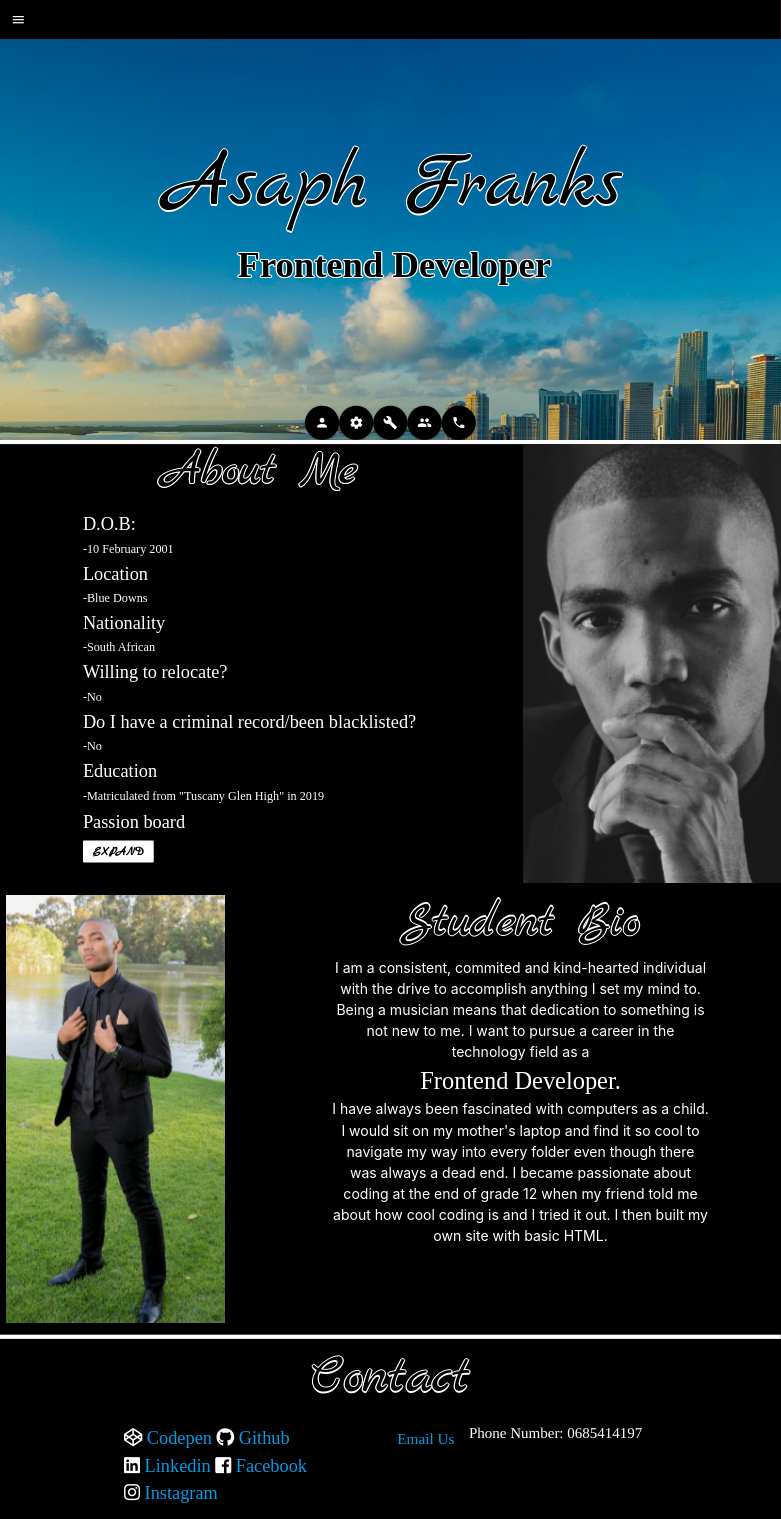
Repository: Ajtheult/portfolio.v3
Page: /portfolio-v3
An editor plug-in stored every save of this project. The page is shown before and after the next save, followed by the edit.
The browser window is 1280 px wide. The pictures show the whole page, at 61% of full size.
Some web fonts or font styles are not loaded; a fallback is used. The project was rebuilt for these pictures with package versions that can differ from the ones it lists, and the page was loaded fresh each time. Also part of the build but not shown: src/components/layout/pages/Skills.js, src/components/layout/pages/MyWork.js, src/components/layout/pages/Testimonials.js.

Above is the page before, as saved 2020-07-24 13:40:49.

### public/index.html
<!DOCTYPE html>
<html lang="en">
  <head>
    <meta charset="utf-8" />
    <link rel="icon" href="%PUBLIC_URL%/favicon.ico" />
    <meta name="viewport" content="width=device-width, initial-scale=1" />
    <meta name="theme-color" content="#000000" />
    <meta
      name="description"
      content="Web site created using create-react-app"
    />

    <link rel="manifest" href="%PUBLIC_URL%/manifest.json" />
    <link
      href="https://fonts.googleapis.com/css2?family=Marck+Script&display=swap"
      rel="stylesheet"
    />
    <link
      href="https://fonts.googleapis.com/css2?family=Gruppo&display=swap"
      rel="stylesheet"
    />
    <link rel="manifest" href="%PUBLIC_URL%/manifest.json" />

    <link
      rel="stylesheet"
      href="https://fonts.googleapis.com/icon?family=Material+Icons"
    />

    <link
      rel="stylesheet"
      href="https://use.fontawesome.com/releases/v5.7.2/css/all.css"
      integrity="sha384-fnmOCqbTlWIlj8LyTjo7mOUStjsKC4pOpQbqyi7RrhN7udi9RwhKkMHpvLbHG9Sr"
      crossorigin="anonymous"
    />
    <title>Asaph Franks portfolio</title>
  </head>
  <body>
    <noscript>You need to enable JavaScript to run this app.</noscript>
    <div id="root"></div>
  </body>
</html>

### src/index.js
import React from "react";
import ReactDOM from "react-dom";
import App from "./App";
import "materialize-css/dist/css/materialize.min.css";

ReactDOM.render(
  <React.StrictMode>
    <App />
  </React.StrictMode>,
  document.getElementById("root")
);

### src/App.js
import React from "react";

import { Home } from "./components/layout/pages/Home";
import { Skills } from "./components/layout/pages/Skills";
import { MyWork } from "./components/layout/pages/MyWork";
import { Testimonials } from "./components/layout/pages/Testimonials";
import Navbar from "./components/layout/navbar/Navbar";

import { BrowserRouter as Router, Route, Switch } from "react-router-dom";
import "./App.css";

function App() {
  return (
    <Router>
      <div className="App">
        <Navbar />

        <Switch>
          <Route exact path="/portfolio-v3" component={Home} />
          <Route path="/skills" component={Skills} />
          <Route path="/mywork" component={MyWork} />
          <Route path="/testimonials" component={Testimonials} />
        </Switch>
      </div>
    </Router>
  );
}

export default App;

### src/components/layout/pages/Home.js
import React from "react";
import background1 from "../resources/background1.jpg";
import me from "../resources/me.jpeg";
import me2 from "../resources/me2.jpg";
import M from "materialize-css";
import "../../../App.css";

import { Parallax } from "react-parallax";
import { Link } from "react-router-dom";

export const Home = () => {
  document.addEventListener("DOMContentLoaded", function () {
    var elems = document.querySelectorAll(".modal");
    // eslint-disable-next-line
    var instances = M.Modal.init(elems, {});
  });

  return (
    <div className="colour_of_about_text">
      <Parallax bgImage={background1} strength={1000}>
        <div style={{ height: 601 }}>
          <div className="style_for_landingpage">
            <h1 className="intro_name_top">Asaph Franks</h1>
            <h4 className="intro_name_bottom">Frontend Developer</h4>
          </div>
        </div>

        <a
          className="btn-floating btn-large waves-effect waves-light black center"
          href="#about"
        >
          <i className="material-icons">person</i> {/*About */}
        </a>
        <Link
          className="btn-floating btn-large waves-effect waves-light black center"
          to="/skills"
          target="_blank"
        >
          <i className="material-icons">settings</i> {/*Skills*/}
        </Link>
        <Link
          to="/mywork"
          className="btn-floating btn-large waves-effect waves-light black center"
          target="_blank"
        >
          <i className="material-icons">build</i> {/*Work*/}
        </Link>
        <Link
          to="/testimonials"
          className="btn-floating btn-large waves-effect waves-light black center"
          target="_blank"
        >
          <i className="material-icons">people</i> {/*Testimonials*/}
        </Link>
        <a
          className="btn-floating btn-large waves-effect waves-light black center"
          href="#contact"
        >
          <i className="material-icons">phone</i> {/*Contact*/}
        </a>
      </Parallax>
      <div style={{ height: "1vh" }} className="white move_the_con" />
      <div className="row">
        <div className="col s8">
          {" "}
          {/* Information on About page-Start */}
          <div className="container">
            <h1 className="about-title" id="about">
              About Me
            </h1>

            <h5 className="my_info">D.O.B:</h5>
            <p className="my_info_2">-10 February 2001</p>
            <h5 className="my_info"> Location </h5>
            <p className="my_info_2">-Blue Downs</p>
            <h5 className="my_info">Nationality</h5>
            <p className="my_info_2">-South African</p>
            <h5 className="my_info">Willing to relocate?</h5>
            <p className="my_info_2">-No</p>
            <h5 className="my_info">
              Do I have a criminal record/been blacklisted?
            </h5>
            <p className="my_info_2">-No</p>
            <h5 className="my_info">Education</h5>
            <p className="my_info_2">
              -Matriculated from "Tuscany Glen High" in 2019
            </p>
            <h4 className="my_info">Passion board</h4>
            <div className="my_info_3">
              <a
                className="waves-effect waves-light btn modal-trigger white"
                href="#modal1"
              >
                <p className="black_text margin_on_top">Expand</p>
              </a>
              <div id="modal1" className="modal bottom-sheet">
                <div className="modal-content">
                  <h4 className="black_text passion_heading">Passion Board</h4>
                  <div className="black_text">
                    {" "}
                    <h4 className="passion_content">-Music</h4>
                    <h4 className="passion_content">-Playing Video games</h4>
                    <h4 className="passion_content">-Playing Table Tennis</h4>
                    <h4 className="passion_content">-Watching anime</h4>
                    <h4 className="passion_content">-Drawing</h4>
                  </div>
                </div>
              </div>
            </div>
          </div>
          {/* Information on About page-Start */}
        </div>
        <div>
          <Parallax
            bgImage={me}
            strength={700}
            style={{ width: "33%" }}
            className="right"
          >
            <div style={{ height: "100vh" }}></div>
          </Parallax>
        </div>
      </div>

      <div className="row">
        <div className="col s5">
          <Parallax bgImage={me2} strength={150} style={{ width: "70%" }}>
            <div style={{ height: 700 }}>
              <div className="intro_name style_for_landingpage"></div>
            </div>
          </Parallax>
        </div>

        <div className="col s7 about_container" style={{ width: "50%" }}>
          <h6 className="about-title center">Student Bio</h6>
          <p className="student_bio ">
            I am a consistent, commited and kind-hearted individual with the
            drive to accomplish anything I set my mind to. Being a musician
            means that dedication to something is not new to me. I want to
            pursue a career in the technology field as a <br />
            <strong className="big_frontend">
              Frontend Developer.
            </strong> <br /> I have always been fascinated with computers as a
            child. I would sit on my mother's laptop and find it so cool to
            navigate my way into every folder even though there was always a
            dead end. I became passionate about coding at the end of grade 12
            when my friend told me about how cool coding is and I tried it out.
            I then built my own site with basic HTML.
          </p>
        </div>
      </div>
      {/* Contact section */}
      <div style={{ height: "1vh" }} className="white move_the_con" />
      <footer style={{ fontFamily: "Times" }} className="page-footer black">
        <div className="container" id="contact">
          <div className="row">
            <h1 className="contact-title">Contact</h1>
            <div className="col l6 s12">
              {" "}
              <div className="logos">
                <i className="fab fa-codepen">
                  {" "}
                  <a
                    href="https://codepen.io/ajtheult"
                    rel="noopener noreferrer"
                    target="_blank"
                  >
                    Codepen&nbsp;
                  </a>{" "}
                </i>
                <i className="fab fa-github">
                  {" "}
                  <a
                    href="https://github.com/Ajtheult"
                    rel="noopener noreferrer"
                    target="_blank"
                  >
                    Github&nbsp;
                  </a>{" "}
                </i>
                <i className="fab fa-linkedin">
                  {" "}
                  <a
                    href="https://www.linkedin.com/in/asaph-franks-307a231a5/"
                    rel="noopener noreferrer"
                    target="_blank"
                  >
                    Linkedin&nbsp;
                  </a>{" "}
                </i>
                <i className="fab fa-facebook-square">
                  {" "}
                  <a
                    href="https://www.facebook.com/asaph.franks.7/"
                    rel="noopener noreferrer"
                    target="_blank"
                  >
                    Facebook&nbsp;
                  </a>{" "}
                </i>
                <i className="fab fa-instagram">
                  {" "}
                  <a
                    href="https://www.instagram.com/aj_the_ultimate/?fbclid=IwAR1maxejej29IRwM2tTQavtbmTC9TFLbAwZoi52WwiJhzLvcEucPXSZHX2o"
                    rel="noopener noreferrer"
                    target="_blank"
                  >
                    Instagram&nbsp;
                  </a>{" "}
                </i>
              </div>
            </div>
            <div className="col l6 s12" style={{ marginTop: "-10px" }}>
              <a
                className="left size_of_email"
                href="mailto:asaphfranksboi@gmail.com"
              >
                Email Us
              </a>

              <h5 className="move_num_down">Phone Number: 0685414197</h5>
            </div>
            {/* Contact details and icons */}
          </div>
        </div>
      </footer>
    </div>
  );
};

### src/components/layout/navbar/Navbar.js
/* eslint-disable no-unused-vars */
import React, { Component } from "react";
import M from "materialize-css/dist/js/materialize.min.js";
import me from "./me.jpg";
import music from "./music.jpg";
import "../../../App.css";
import { Link } from "react-router-dom";

export class Navbar extends Component {
  componentDidMount() {
    document.addEventListener("DOMContentLoaded", function () {
      var elems = document.querySelectorAll(".sidenav");
      var instances = M.Sidenav.init(elems, {});
    });
  }

  render() {
    return (
      <div>
        <nav>
          <div className="nav-wrapper colour">
            <a
              href="#home"
              data-target="slide-out"
              className="sidenav-trigger show-on-large"
            >
              <i className="material-icons">menu</i>
            </a>
          </div>
        </nav>

        <ul id="slide-out" className="sidenav">
          <li>
            <div className="user-view">
              <div className="background">
                <img className="background_img" src={music} alt="img" />
              </div>

              <img className="circle" src={me} alt="img of me" />

              <span className="black-text name move_me">Asaph Franks</span>

              <span className="black-text email  move_me">
                Asaphfranksboi@gmail.com
              </span>
            </div>
            {/* Change font so that the name can be better read */}
          </li>
          <Link to="/portfolio-v3">
            <br />
            <li className="colour_of_nav">Home</li>
          </Link>{" "}
          <br />
          <Link to="/skills">
            <li className="colour_of_nav">Skills</li>
          </Link>
          <br />
          <Link to="/mywork">
            <li className="colour_of_nav">Work</li>
          </Link>
          <br />
          <Link to="/testimonials">
            <li className="colour_of_nav">Testimonials</li>
          </Link>
        </ul>
      </div>
    );
  }
}

export default Navbar;

### src/App.css
.App {
  text-align: center;
}

body {
  background-color: black;
  color: white;
}
.background_img {
  width: 100%;
  height: 100%;
}

.move_me {
  text-align: left;
}

.colour {
  background-color: black;
}

img.bg {
  /* Set rules to fill background */
  min-height: 100%;
  min-width: 1024px;

  /* Set up proportionate scaling */
  width: 100%;
  height: auto;

  /* Set up positioning */
  position: fixed;
  top: 0;
  left: 0;
  z-index: -1;
}

div.admin-bg {
  /* Set up positioning */
  position: fixed;
  top: 0;
  left: 0;
  z-index: -1;
  background-color: black;
}

@media screen and (max-width: 1024px) {
  /* Specific to this particular image */
  img.bg {
    left: 50%;
    margin-left: -512px; /* 50% */
  }
}

.intro_name_top {
  font-family: "Marck Script", cursive;
  font-size: 130px;
  color: black;
  text-shadow: 2px 0 0 #fff, -2px 0 0 #fff, 0 2px 0 #fff, 0 -2px 0 #fff,
    1px 1px #fff, -1px -1px 0 #fff, 1px -1px 0 #fff, -1px 1px 0 #fff;
}
.testimonial_title {
  font-family: "Marck Script", cursive;
  color: black;
  font-size: 80px;
  text-shadow: 2px 0 0 #fff, -2px 0 0 #fff, 0 2px 0 #fff, 0 -2px 0 #fff,
    1px 1px #fff, -1px -1px 0 #fff, 1px -1px 0 #fff, -1px 1px 0 #fff;
}

.intro_name_bottom {
  font-size: 60px;
  color: #000000;
  font-weight: bold;
  text-shadow: 2px 0 0 #fff, -2px 0 0 #fff, 0 2px 0 #fff, 0 -2px 0 #fff,
    1px 1px #fff, -1px -1px 0 #fff, 1px -1px 0 #fff, -1px 1px 0 #fff;
  font-family: "Gruppo", cursive;
}

.logos {
  text-align: left;
  font-size: 30px;
}

.contact-title {
  margin-top: -5px;
  font-family: "Marck Script", cursive;
  font-size: 90px;
  color: black;
  text-shadow: 2px 0 0 #fff, -2px 0 0 #fff, 0 2px 0 #fff, 0 -2px 0 #fff,
    1px 1px #fff, -1px -1px 0 #fff, 1px -1px 0 #fff, -1px 1px 0 #fff;
}

.about-title {
  margin-top: 1px;
  font-family: "Marck Script", cursive;
  font-size: 80px;
  color: black;
  text-shadow: 2px 0 0 #fff, -2px 0 0 #fff, 0 2px 0 #fff, 0 -2px 0 #fff,
    1px 1px #fff, -1px -1px 0 #fff, 1px -1px 0 #fff, -1px 1px 0 #fff;
}

.student_bio {
  margin-top: 2%;
  font-size: 23px;
}

.big_frontend {
  font-size: 40px;
  font-family: "Gruppo", cursive;
}

.move_the_name {
  margin-top: -12px;
  font-size: 20px;
  font-weight: bold;
}

.enlarge_paragraph {
  font-size: 22px;
  font-family: "Times New Roman", Times, serif;
}

.my_info {
  font-size: 30px;
  text-align: left;
  font-family: "Gruppo", cursive;
}

.my_info_2 {
  font-size: 20px;
  text-align: left;
  line-height: 8px;
  font-family: "Times New Roman", Times, serif;
}

.my_info_3 {
  font-size: 25px;
  text-align: left;
  line-height: 8px;
  font-family: "Times New Roman", Times, serif;
}

.black_text {
  color: black;
}

.passion_heading {
  text-align: center;
  font-family: "Marck Script", cursive;
  font-size: 45px;
}

.passion_content {
  font-family: "Gruppo", cursive;
  font-weight: bold;
  line-height: 25px;
}

.margin_on_top {
  margin-top: 1px;
  font-size: 20px;
  font-family: "Marck Script", cursive;
  font-weight: bold;
}

.my_work_desc {
  font-size: 20px;
  font-family: "Times New Roman", Times, serif;
}

.my_work_title {
  font-family: "Gruppo", cursive;
  color: black;
  font-size: 30px;
  text-shadow: 2px 0 0 rgb(0, 0, 0), -2px 0 0 rgb(0, 0, 0), 0 2px 0 #fff,
    0 -2px 0 #fff, 1px 1px #fff, -1px -1px 0 #fff, 1px -1px 0 #fff,
    -1px 1px 0 #fff;
}

.link-size {
  font-size: 40px;
  margin-top: -40px;
  padding: 1%;
  text-align: left;
  margin-left: 60px;
  font-family: "Gruppo", cursive;
  color: blue;
}

.button_margin {
  margin-top: 5px;
}

.work_title {
  font-family: "Marck Script", cursive;
  color: black;
  font-size: 50px;
  text-shadow: 2px 0 0 #fff, -2px 0 0 #fff, 0 2px 0 #fff, 0 -2px 0 #fff,
    1px 1px #fff, -1px -1px 0 #fff, 1px -1px 0 #fff, -1px 1px 0 #fff;
}

.colour_of_nav {
  color: black;
  margin-top: -30px;
}

.style_for_landingpage {
  margin-left: 15.5%;
  margin-top: 6%;
  position: absolute;
  padding: 50px;
  width: 70%;
  transform: "translate(-50%, -50%)";
}

.skills_li {
  position: relative;
  list-style: none;
  margin: 50px 0;
  font-weight: 500;
  text-transform: uppercase;
}

.skills_li:before {
  content: "";
  position: absolute;
  top: calc(100% + 10px);
  left: 0;
  width: 100%;
  height: 15px;
  background-color: rgba(54, 126, 223, 0.5);
  border-radius: 1000px;
}

.skills_li:after {
  content: "";
  position: absolute;
  top: calc(100% + 10px);
  left: 0;
  width: 0;
  height: 15px;
  background-color: rgba(54, 126, 223, 1);
  border-radius: 1000px;
  animation-duration: 0.7s;
  animation-timing-function: ease;
  animation-fill-mode: forwards;
}

.html:after {
  animation-name: html;
}

@keyframes html {
  to {
    width: 81%;
  }
}

.css:after {
  animation-name: css;
}

@keyframes css {
  to {
    width: 64%;
  }
}

.js:after {
  animation-name: js;
}

@keyframes js {
  to {
    width: 37%;
  }
}

.py:after {
  animation-name: py;
}

@keyframes py {
  to {
    width: 43%;
  }
}

.sql:after {
  animation-name: sql;
}

@keyframes sql {
  to {
    width: 36%;
  }
}

.react:after {
  animation-name: react;
}

@keyframes react {
  to {
    width: 73%;
  }
}

.skills_text {
  font-family: "Marck Script", cursive;
  color: black;
  font-size: 30px;
  text-shadow: 1px 0 0 #fff, -2px 0 0 #fff, 0 2px 0 #fff, 0 -2px 0 #fff,
    1px 1px #fff, -1px -1px 0 #fff, 1px -1px 0 #fff, -1px 1px 0 #fff;
  margin-top: -20px;
}

.skills_heading {
  font-family: "Marck Script", cursive;
  color: black;
  font-size: 60px;
  text-shadow: 1px 0 0 #fff, -2px 0 0 #fff, 0 2px 0 #fff, 0 -2px 0 #fff,
    1px 1px #fff, -1px -1px 0 #fff, 1px -1px 0 #fff, -1px 1px 0 #fff;
  margin-top: -50px;
}

.container_properties {
  width: 800px;
  margin: 50px auto 0;
  padding: 20px;
  line-height: 55px;
}

.size_of_email {
  font-size: 25px;
  margin-top: 15px;
}

.move_num_down {
  margin-top: 10px;
}

After the next save:
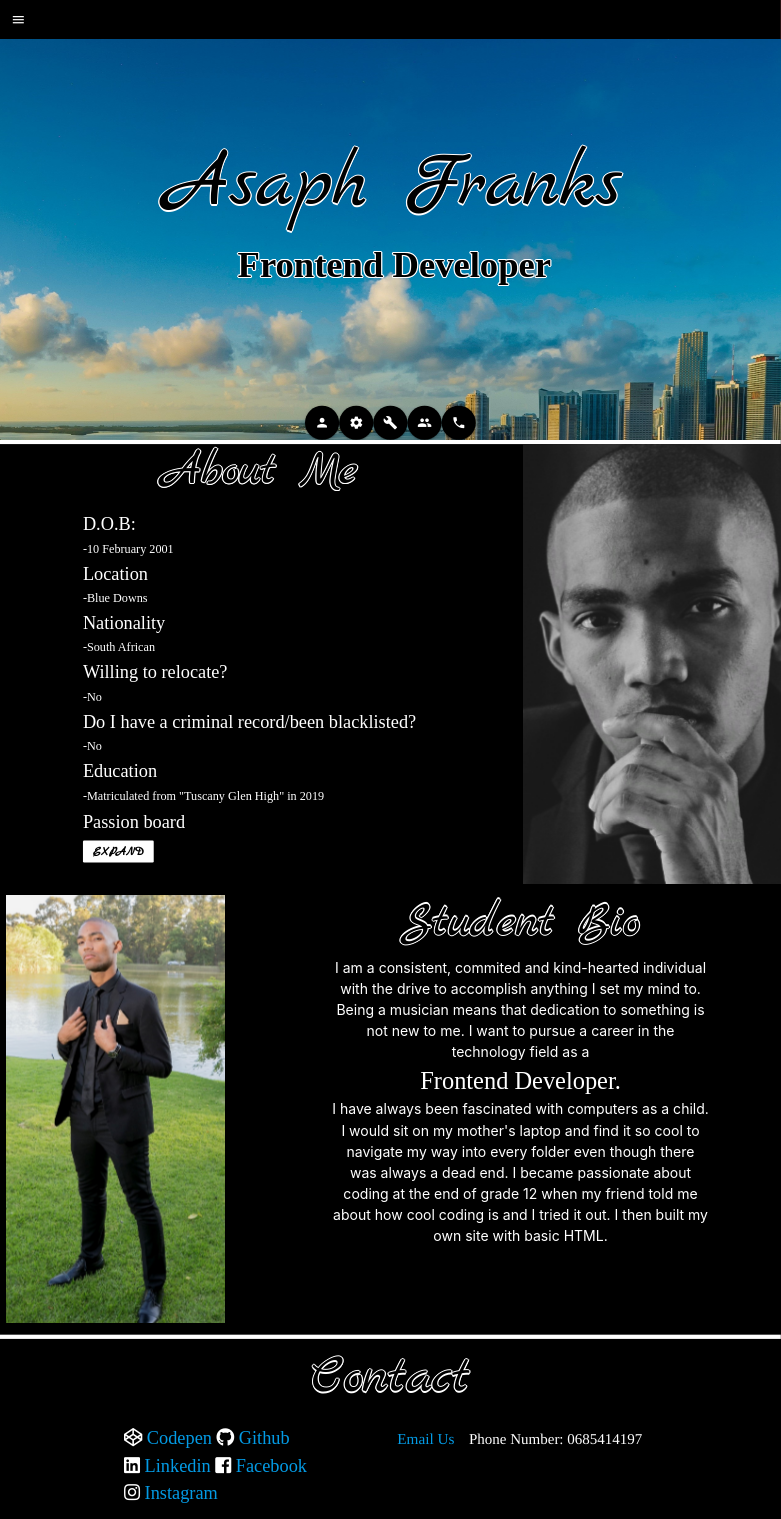
Saved 4 s later.
--- a/src/App.css
+++ b/src/App.css
@@ -337,5 +337,5 @@ div.admin-bg {
 }
 
 .move_num_down {
-  margin-top: 10px;
-}
+  margin-top: 20px;
+}
